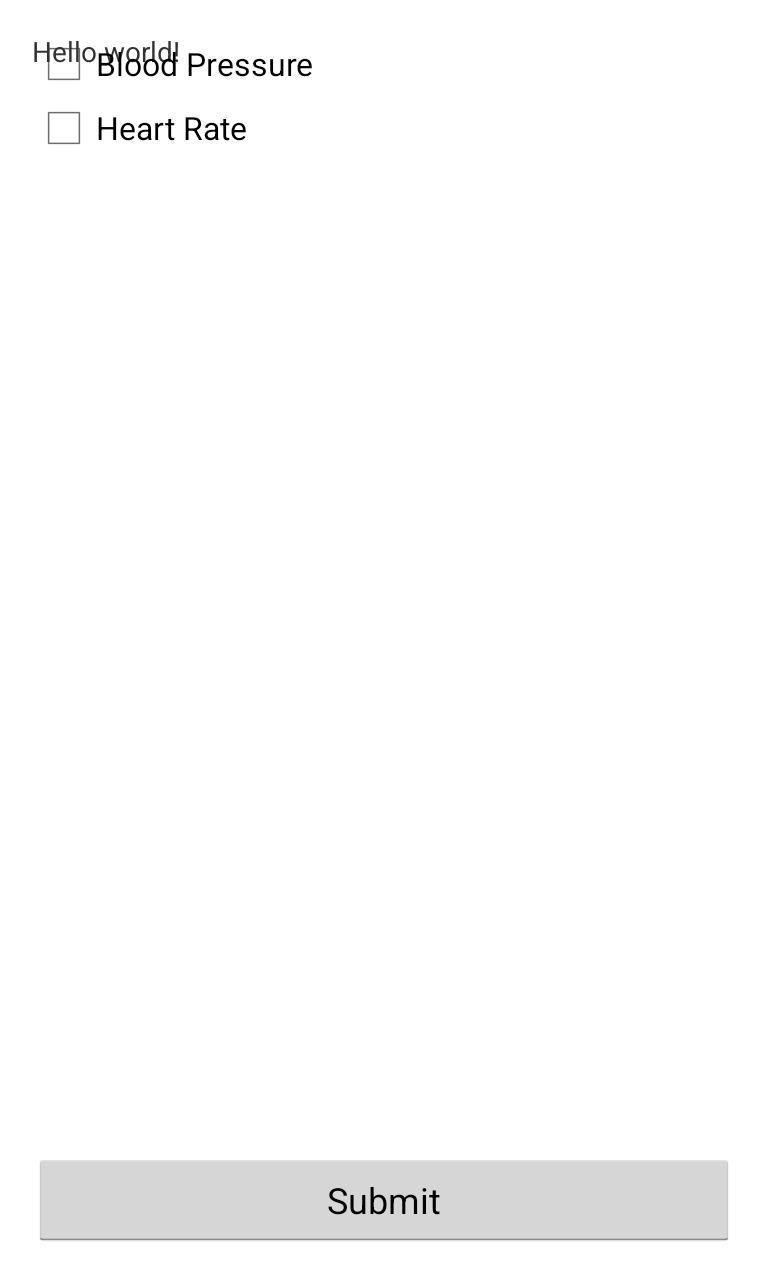
Repository: TigerCheck/TigerCheck
Layout: Android/TigerCheck/res/layout/activity_station_select.xml
These files come from the project's save history. The layout is drawn as it stood at one moment and after the next save; the edit follows.
It is drawn on a 768 x 1280 px phone screen (xhdpi) without system bars, with theme AppTheme; the app's code is not run.

Above is the layout before, as saved 2014-03-30 20:39:00.

### Android/TigerCheck/res/layout/activity_station_select.xml
<RelativeLayout xmlns:android="http://schemas.android.com/apk/res/android"
    xmlns:tools="http://schemas.android.com/tools"
    android:layout_width="fill_parent"
    android:layout_height="fill_parent"
    android:orientation="horizontal"
    android:paddingBottom="@dimen/activity_vertical_margin"
    android:paddingLeft="@dimen/activity_horizontal_margin"
    android:paddingRight="@dimen/activity_horizontal_margin"
    android:paddingTop="@dimen/activity_vertical_margin"
    tools:context=".StationSelect" >

    <TextView
        android:id="@+id/textView1"
        android:layout_width="wrap_content"
        android:layout_height="wrap_content"
        android:text="@string/hello_world" />

	<LinearLayout android:id="@+id/EmbeddedLayout"
	    android:layout_width="wrap_content"
	    android:layout_height="wrap_content"
	    android:orientation="vertical" >

    	<CheckBox
        	android:id="@+id/checkbox_blood_pressure"
        	android:layout_width="wrap_content"
        	android:layout_height="wrap_content"
        	android:text="@string/checkbox_blood_pressure" />

    	<CheckBox
        	android:id="@+id/checkbox_heart_rate"
        	android:layout_width="wrap_content"
        	android:layout_height="wrap_content"
        	android:text="@string/checkbox_heart_rate" />

    </LinearLayout>

    <Button
        android:layout_width="match_parent"
        android:layout_height="wrap_content"
        android:layout_alignParentBottom="true"
        android:gravity="center"
        android:onClick="continueButtonPress"
        android:text="@string/submit_button" />

</RelativeLayout>

### Android/TigerCheck/res/values/strings.xml
<?xml version="1.0" encoding="utf-8"?>
<resources>

    <string name="app_name">TigerCheck</string>
    <string name="action_settings">Settings</string>
    <string name="hello_world">Hello world!</string>
    <string name="welcome_message">Welcome to TigerCheck</string>
    <string name="submit_button">Submit</string>
    <string name="continue_button">Continue</string>
    <string name="title_activity_station_select">StationSelect</string>

    <!-- StationSelect checkbox options -->
    <string name="checkbox_blood_pressure">Blood Pressure</string>
    <string name="checkbox_heart_rate">Heart Rate</string>

</resources>

Loaded but not shown: Android/TigerCheck/res/values/styles.xml (common file); Android/TigerCheck/res/values-v11/styles.xml (common file); Android/TigerCheck/res/values-v14/styles.xml (common file); Android/TigerCheck/res/values/dimens.xml (common file)

After the next save:
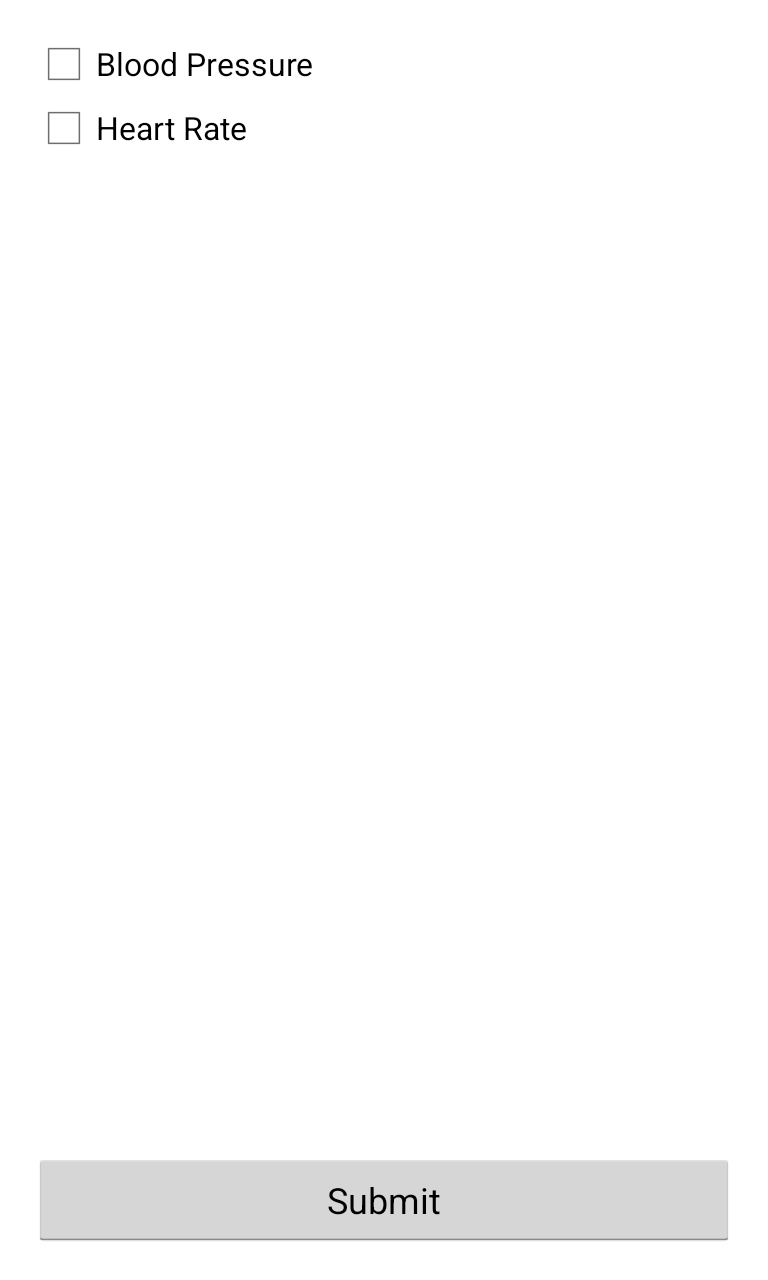
Saved 11 s later.
--- a/Android/TigerCheck/res/layout/activity_station_select.xml
+++ b/Android/TigerCheck/res/layout/activity_station_select.xml
@@ -12,8 +12,7 @@
     <TextView
         android:id="@+id/textView1"
         android:layout_width="wrap_content"
-        android:layout_height="wrap_content"
-        android:text="@string/hello_world" />
+        android:layout_height="wrap_content" />
 
 	<LinearLayout android:id="@+id/EmbeddedLayout"
 	    android:layout_width="wrap_content"
